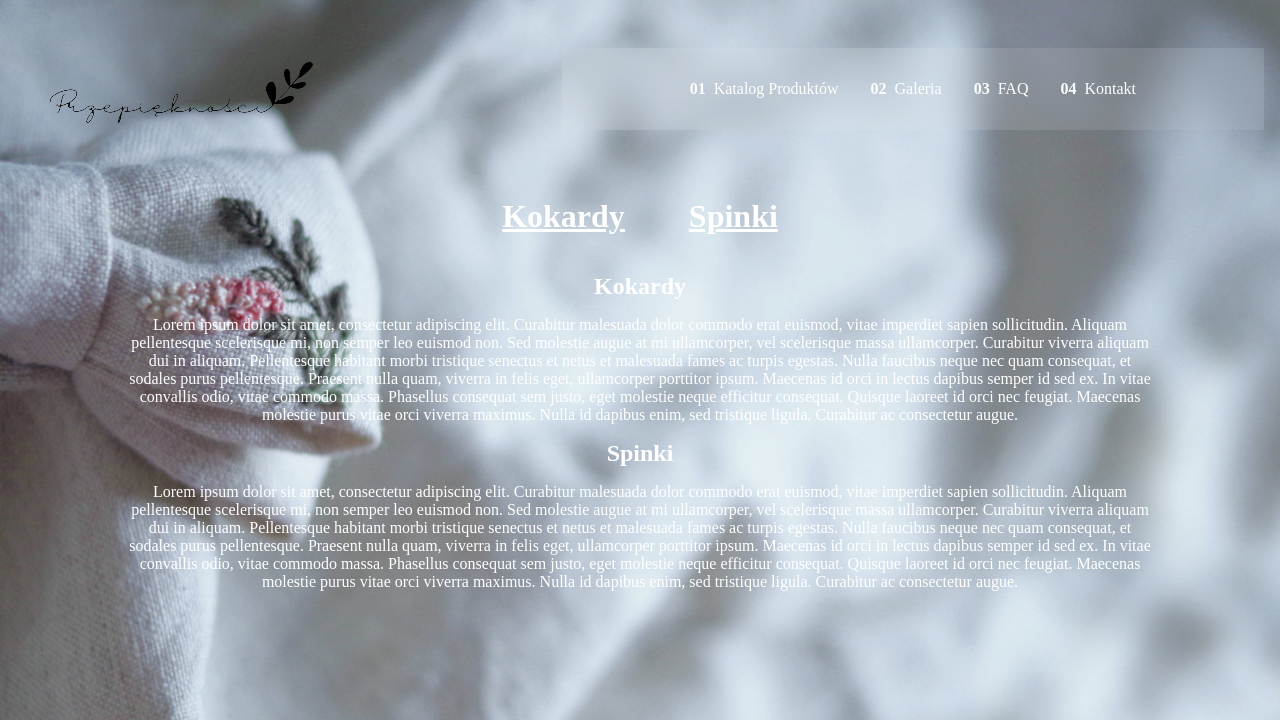
Repository: kowalkos/Rak_projekt
Page: /produkty
These files come from the project's save history. The page is drawn as it stood at one moment and after the next save; the edit follows.
The browser window is 1280 px wide. The pictures show the whole page.
The project was rebuilt for these pictures with package versions that can differ from the ones it lists, and the page was loaded fresh each time. Also part of the build but not shown: src/components/galeria/Galeria.js, src/components/main/Main.js, src/components/FAQ/Faq.js, src/components/about/About.js, src/components/footer/footer.css, src/components/footer/footer.js.

Above is the page before, as saved 2022-01-04 21:07:12.

### src/index.css
body {
  margin: 0;
  background-image: url('/src/img/tlo.jpg');
  background-attachment: fixed;
  background-repeat: no-repeat;
  background-size: cover;
  overflow-x: hidden;
  color: #fff;

  min-width: 325px;
}

### src/App.js
import Produkt from './components/produkty/produkt';
import Galeria from './components/galeria/Galeria';
import Main from './components/main/Main';
import Faq from './components/FAQ/Faq';
import About from './components/about/About';
import Footer from './components/footer/footer';
import './App.css';
import NavBar from './components/navbar/NavBar';
import {BrowserRouter as Router, Route, Routes} from 'react-router-dom';
function App() {

  return (
    <Router>
    <div className="App">
     <NavBar/>
     <Routes>
     <Route path="/" element={<Main/>}/>
     <Route path="/Faq"element={<Faq/>}/>
     <Route path="/produkty" element={<Produkt/>}/>
     <Route path="/galeria"element={<Galeria/>}/>
     <Route path="/about"element={<About/>}/>
     </Routes>
     {/* <Footer/> */}
    </div>
    </Router>
  );
}

export default App;

### src/components/produkty/produkt.js
import './Produkt.css';
function Produkt(props) {


    return <div className='wrapper'>
        <div className='references'>
        <a href='#kokardy'>
            <h1 >Kokardy</h1>
        </a>
        <a href='#spinki'>
            <h1 >Spinki</h1>
        </a>
        </div>

        <section id='kokardy'>
            <h2>Kokardy</h2>
            <p>
            Lorem ipsum dolor sit amet, consectetur adipiscing elit. Curabitur malesuada dolor commodo erat euismod, vitae imperdiet sapien sollicitudin. Aliquam pellentesque scelerisque mi, non semper leo euismod non. Sed molestie augue at mi ullamcorper, vel scelerisque massa ullamcorper. Curabitur viverra aliquam dui in aliquam. Pellentesque habitant morbi tristique senectus et netus et malesuada fames ac turpis egestas. Nulla faucibus neque nec quam consequat, et sodales purus pellentesque. Praesent nulla quam, viverra in felis eget, ullamcorper porttitor ipsum. Maecenas id orci in lectus dapibus semper id sed ex. In vitae convallis odio, vitae commodo massa. Phasellus consequat sem justo, eget molestie neque efficitur consequat. Quisque laoreet id orci nec feugiat. Maecenas molestie purus vitae orci viverra maximus. Nulla id dapibus enim, sed tristique ligula. Curabitur ac consectetur augue.
            </p>
        </section>

        <section id='spinki'>
            <h2>Spinki</h2>
            <p>
            Lorem ipsum dolor sit amet, consectetur adipiscing elit. Curabitur malesuada dolor commodo erat euismod, vitae imperdiet sapien sollicitudin. Aliquam pellentesque scelerisque mi, non semper leo euismod non. Sed molestie augue at mi ullamcorper, vel scelerisque massa ullamcorper. Curabitur viverra aliquam dui in aliquam. Pellentesque habitant morbi tristique senectus et netus et malesuada fames ac turpis egestas. Nulla faucibus neque nec quam consequat, et sodales purus pellentesque. Praesent nulla quam, viverra in felis eget, ullamcorper porttitor ipsum. Maecenas id orci in lectus dapibus semper id sed ex. In vitae convallis odio, vitae commodo massa. Phasellus consequat sem justo, eget molestie neque efficitur consequat. Quisque laoreet id orci nec feugiat. Maecenas molestie purus vitae orci viverra maximus. Nulla id dapibus enim, sed tristique ligula. Curabitur ac consectetur augue.


            </p>
        </section>
    </div>;

}

export default Produkt;

### src/App.css
.App {
  text-align: center;
  /* background-image: url('/src/img/kosmos.jpg'); */

}

### src/components/navbar/NavBar.js

import { Link } from 'react-router-dom';
import logo from '../../img/logoso.png';
import './NavBar.css';
function NavBar(props) {


    function toggle() {
        const primaryNav = document.querySelector('.primary-navigation');
        const navToggle = document.querySelector('.mobile-nav-toggle');
        console.log(primaryNav);
        console.log(navToggle);

        const visibility = primaryNav.getAttribute('data-visible');
        if (visibility === "false") {
            primaryNav.setAttribute('data-visible', true);
            navToggle.setAttribute('aria-expanded', true);
        }
        else if (visibility === "true") {
            primaryNav.setAttribute('data-visible', false);
            navToggle.setAttribute('aria-expanded', false);
        }
        console.log(visibility);
    }
    return <header className='primary-header flex'>


        <div className='logo'>
        <Link to='/' >
            <img  src={logo} alt='Logo'></img>
            </Link>
        </div>
        <button className='mobile-nav-toggle'
            aria-controls='primary-navigation'
            onClick={toggle} >
            <span className='sr-only'></span>
        </button>

        <nav>
            <ul id='primary-navigation' aria-expanded="false" data-visible="false" className='primary-navigation flex'>
                {/* <li>
                    <Link to='/' >
                        <span aria-hidden="true">00</span>
                        Strona główna
                    </Link>
                </li> */}
                <li>
                    <Link to='/produkty' >
                        <span aria-hidden="true">01</span>
                        Katalog Produktów
                    </Link>
                </li>
                <li>
                    <Link to='/galeria' >
                        <span aria-hidden="true">02</span>
                        Galeria
                    </Link>
                </li>
                <li>
                    <Link to='/Faq' >
                        <span aria-hidden="true">03</span>
                        FAQ
                    </Link>
                </li>
                <li>
                    <Link to='/about' >
                        <span aria-hidden="true">04</span>
                        Kontakt
                    </Link>
                </li>
            </ul>
        </nav>

    </header>;

    // return <div className='main-nav-bar' >
    //     <div className='nav-bar__roll-down' onhover={onHoverHandle} >
    //         Katalog Produktów
    //         <div id='nav-bar__inside'>
    //             Kokardy
    //         </div>
    //         <div id='nav-bar__inside'>
    //             Kokardy
    //         </div>
    //         <div id='nav-bar__inside'>
    //             Kokardy
    //         </div>
    //         <div id='nav-bar__inside'>
    //             Kokardy
    //         </div>height:"20px";width
    //     </div >
    //     <div className='nav-bar'>
    //         O mnie
    //     </div>
    //     <div className='nav-bar'>
    //         FAQ
    //     </div>
    //     <div className='nav-bar'>
    //         Kontakt
    //     </div>

    // </div>;
}

export default NavBar;

### src/components/produkty/Produkt.css
.references
{
    width: 100%;
    text-align: center;
}
.references a {
    color: white;
    display: inline-block;
    padding: 0rem 1rem;
    margin:0 1rem;

}
h2{
    margin: 1rem auto;
    width: max(80%,300px);
}
p
{

    margin: 1rem auto;
    width: max(80%,300px);
   padding: 0 1rem;
}
.wrapper{
    width: 100%;
}

### src/components/navbar/NavBar.css
.flex {
    display: flex;
    gap: var(--gap, 1rem);
}

.primary-header {
    align-items: center;
    justify-content: space-between;

}
.logo{
    margin:2rem
}
.mobile-nav-toggle {
    display: none;
}

.primary-navigation {
    list-style: none;
    margin: 0 1rem;
    background: hsl(0 0% 0% /0.75);
}


.primary-navigation a {
    text-decoration: none;
    color: white;
}

.primary-navigation a>[aria-hidden="true"] {
    font-weight: 700;
    margin-inline-end: .5rem;
}

@supports(backdrop-filter: blur(1rem)) {
    .primary-navigation {
        background: hsl(0 0% 100% /0.1);
        backdrop-filter: blur(1rem);
    }
}

@media (max-width:35em) {
    .primary-navigation {
        position: fixed;
        inset: 0 0 0 50%;
        --gap: 1rem;
        z-index: 1000;
        flex-direction: column;
        padding: min(10vh, 5rem) 1rem;

        transform: translateX(100%);
        transition: transform 350ms ease-out;
    }

    .primary-navigation[data-visible="true"] {
        transform: translateX(0%);
    }

    .mobile-nav-toggle {
        display: block;
        position: absolute;
        width: 2.25rem;
        aspect-ratio: 1;
        top: 2rem;
        right: 2rem;
        z-index: 9999;
        background-color: transparent;
        background-image: url(/src/img/Hamburger_icon.svg);
        background-repeat: no-repeat;
        border: 0px;
    }

    .mobile-nav-toggle[aria-expanded="true"] {
        background-image: url(/src/img/x-symbol.svg);
        background-size: 32px;
    }

    .sr-only {
        display: none;
    }
}

@media (min-width:35em) and (max-width:55em) {
    .primary-navigation a>span[aria-hidden="true"] {
        display: none;
    }
}
@media (min-width:35em)
{

.primary-navigation{
    --gap:2rem;
    padding-block: 2rem;
    padding-inline:clamp(3rem,10vw,10rem);
}
}

Loaded but not shown: public/index.html (common file); src/index.js (common file)

After the next save:
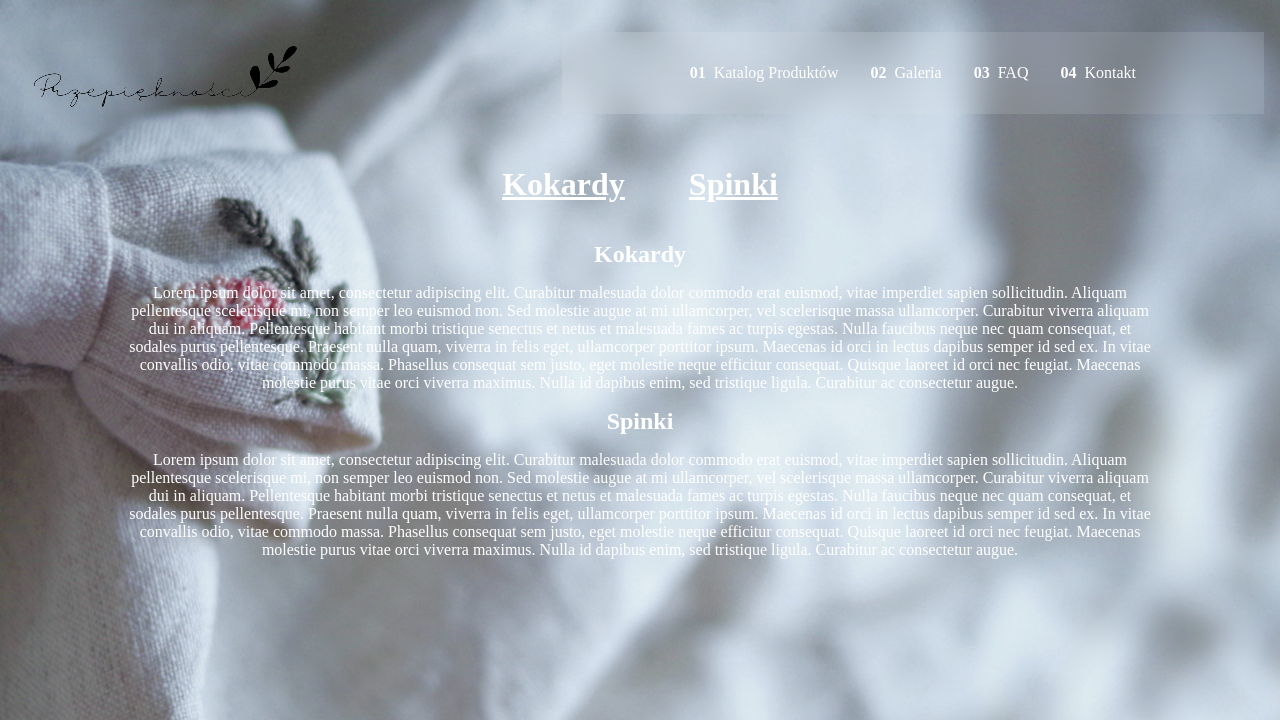
Saved 18 s later.
--- a/src/components/navbar/NavBar.css
+++ b/src/components/navbar/NavBar.css
@@ -9,7 +9,7 @@
 
 }
 .logo{
-    margin:2rem
+    margin:1rem;
 }
 .mobile-nav-toggle {
     display: none;
